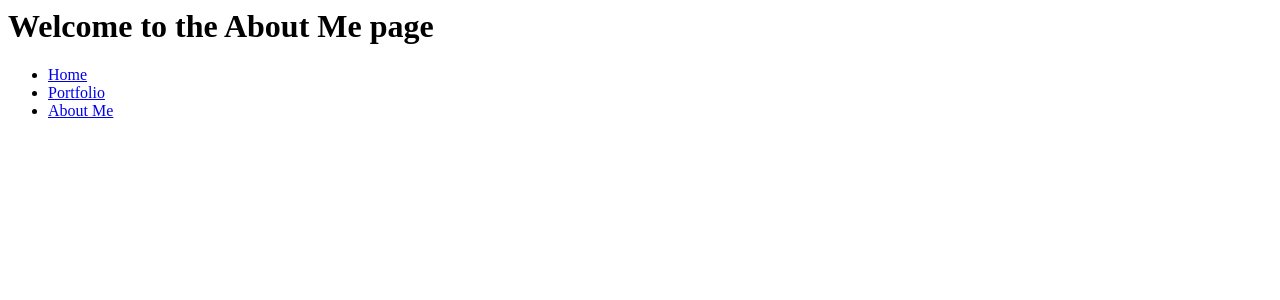
Repository: Kylefostertaz/Kylefostertaz.github.io
Page: about.html
The author's editor kept a record of every edit. The page is drawn from the files as they stood at one moment, then again after the next edit.
The browser window is 1280 px wide. The pictures show the whole page.

Above is the page before.

After the next edit:
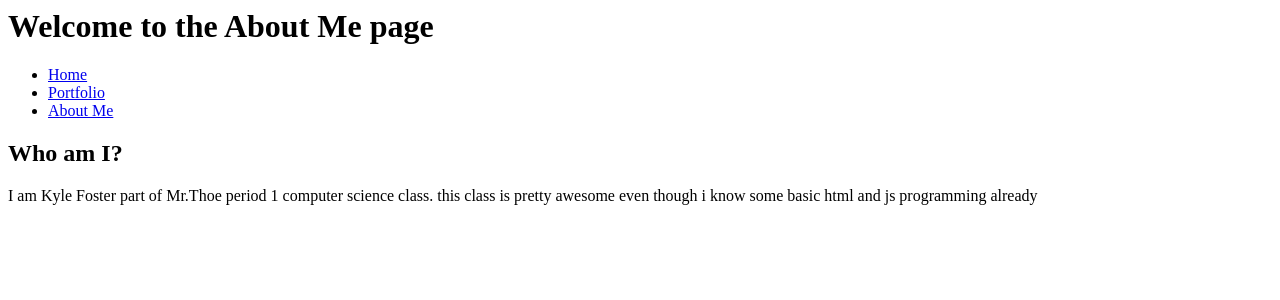
The edit:
--- a/about.html
+++ b/about.html
@@ -14,5 +14,7 @@
             <li><a href="portfolio.html">Portfolio</a></li>
             <li><a href="about.html">About Me</a></li>
         </ul>
+        <h2>Who am I?</h2>
+        <p>I am Kyle Foster part of Mr.Thoe period 1 computer science class. this class is pretty awesome even though i know some basic html and js programming already</p>
     </body>
 </html>
